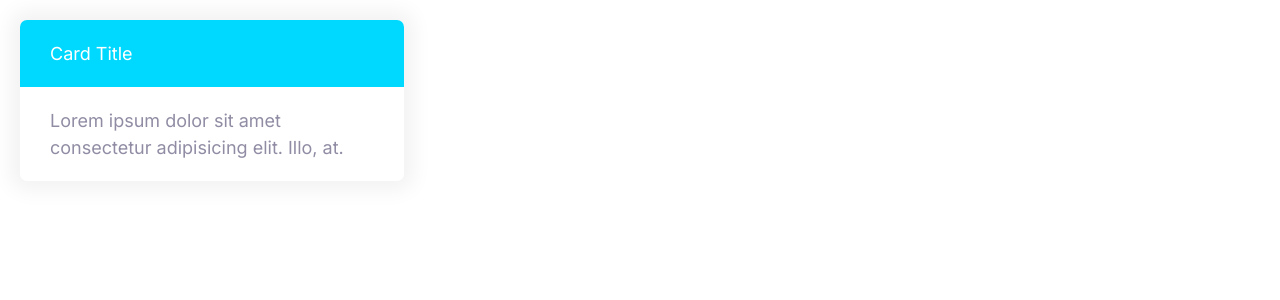
Repository: Qiwenweiii/CodeWithMosh
Page: index.html
These files come from the project's save history. The page is drawn as it stood at one moment and after the next save; the edit follows.
The browser window is 1280 px wide. The pictures show the whole page.

Above is the page before, as saved 2021-11-11 21:59:51.

After the next save:
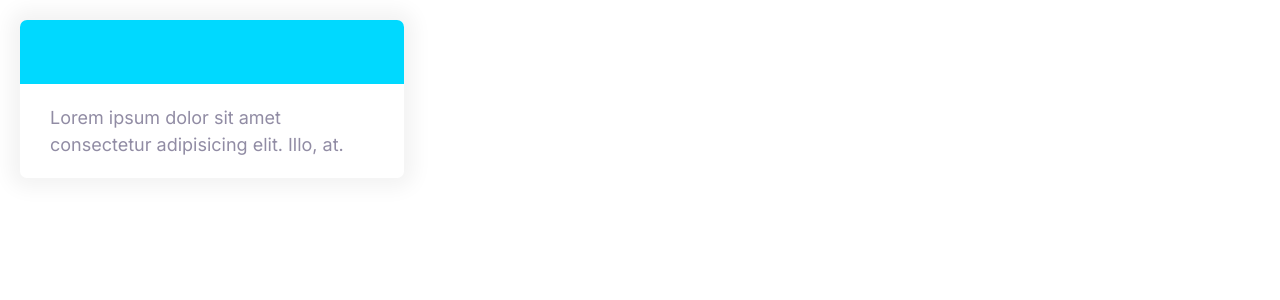
Saved 34 s later.
--- a/index.html
+++ b/index.html
@@ -17,7 +17,9 @@
     <div style="width: 30%; margin: 20px">
         <div class="plan">
             <div class="card card--secondary">
-                <header class="card__header">Card Title</header>
+                <header class="card__header">
+                    <h3></h3>
+                </header>
                 <div class="card__body">
                     Lorem ipsum dolor sit amet consectetur adipisicing elit. Illo, at.
                 </div>
